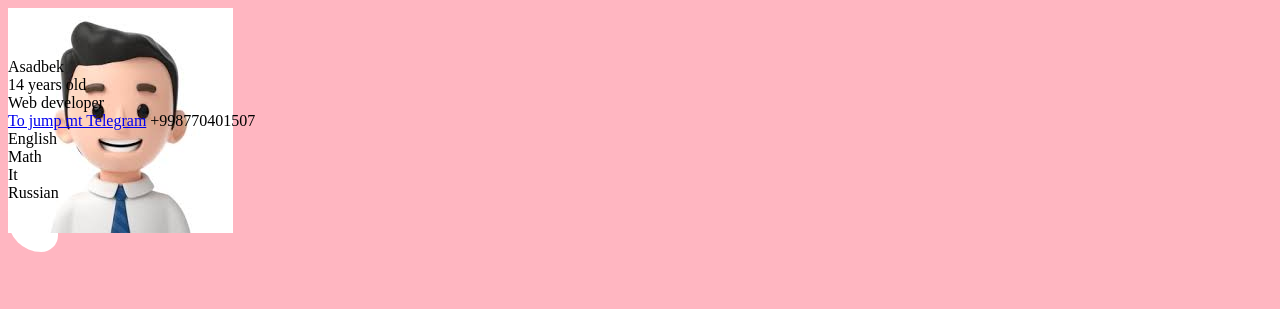
Repository: KHANas02/live-stream
Page: contact.html
These files come from the project's save history. The page is drawn as it stood at one moment and after the next save; the edit follows.
The browser window is 1280 px wide. The pictures show the whole page.

Above is the page before, as saved 2024-03-25 07:17:56.

After the next save:
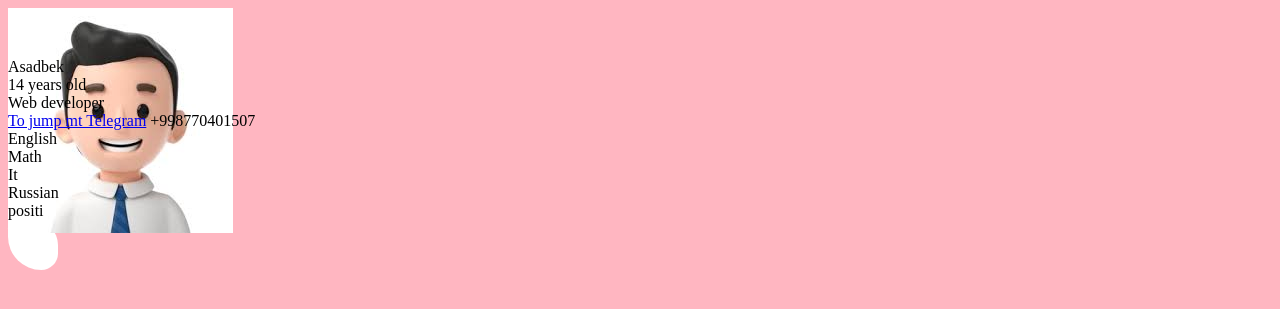
Saved 5 s later.
--- a/contact.html
+++ b/contact.html
@@ -36,7 +36,7 @@
 Math <br>
 It <br>
 Russian <br>
-
+positi
     </div>
 
 

After the save that followed:
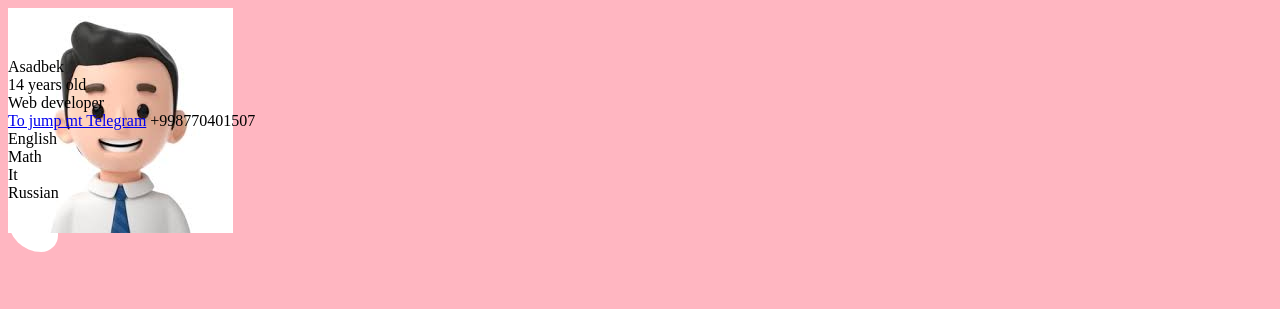
Saved 11 s later.
--- a/contact.html
+++ b/contact.html
@@ -36,7 +36,7 @@
 Math <br>
 It <br>
 Russian <br>
-positi
+
     </div>
 
 
